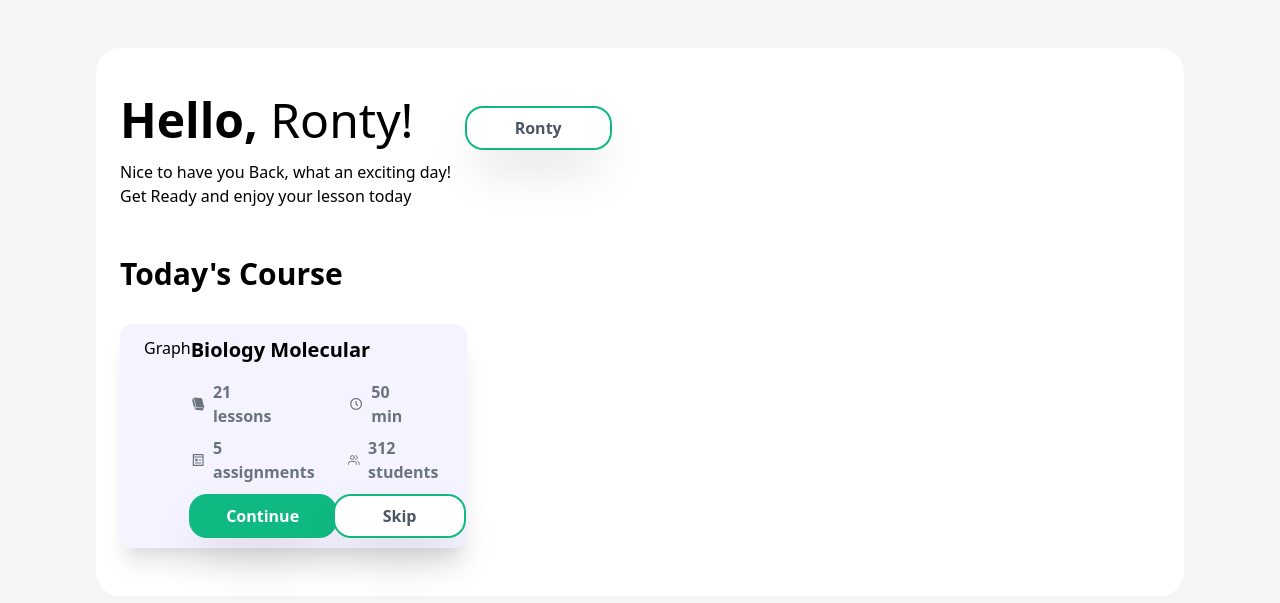
Repository: coolronts/Vite-Tailwind
Page: /
The author's editor kept a copy of each file at every save. The page is drawn from the files as they stood at one save, then again after the next save.
The browser window is 1280 px wide. The pictures show the whole page.
The project was rebuilt for these pictures with package versions that can differ from the ones it lists, and the page was loaded fresh each time. Also part of the build but not shown: vite.config.js.

Above is the page before, as saved 2021-11-26 07:50:10.

After the next save:
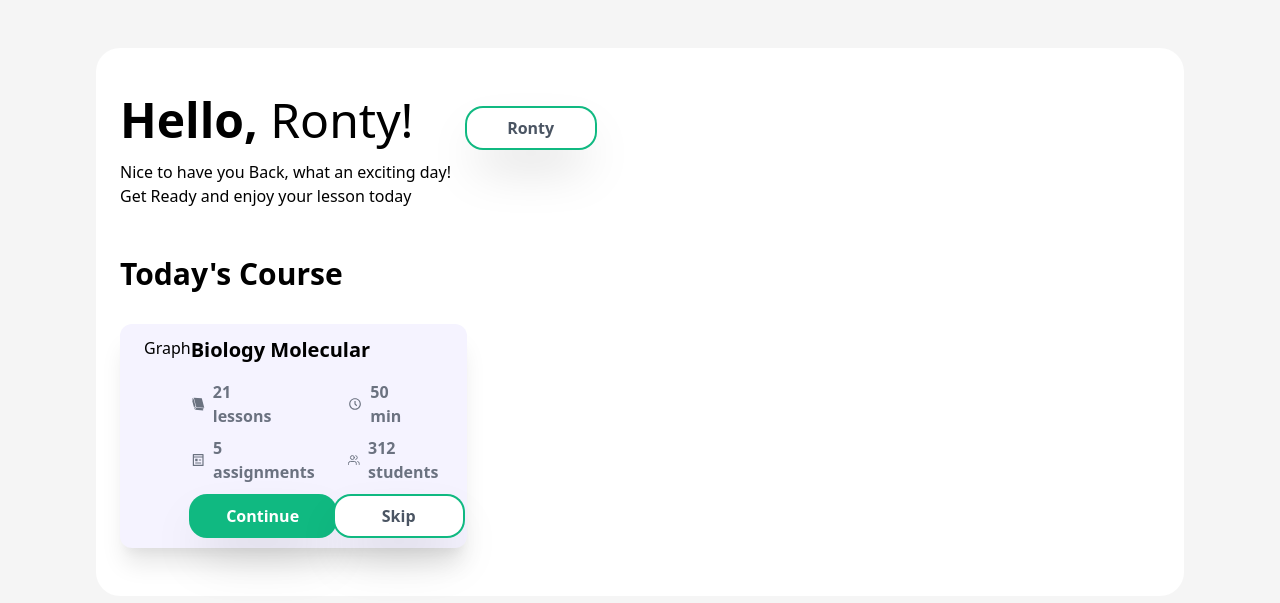
Saved 10 s later.
--- a/src/components/Button/index.jsx
+++ b/src/components/Button/index.jsx
@@ -10,7 +10,7 @@ export const PrimaryButton = ({name}) =>{
 
 export const SecondaryButton = ({name}) =>{
   return (
-    <button className="bg-white px-12 py-2 ring-2 ring-green-500 text-gray-600 text-md font-semibold shadow-2xl rounded-2xl mt-3">
+    <button className="bg-white w-32 py-2 ring-2 ring-green-500 text-gray-600 text-md font-semibold shadow-2xl rounded-2xl mt-3">
       {name}
     </button>
   )
